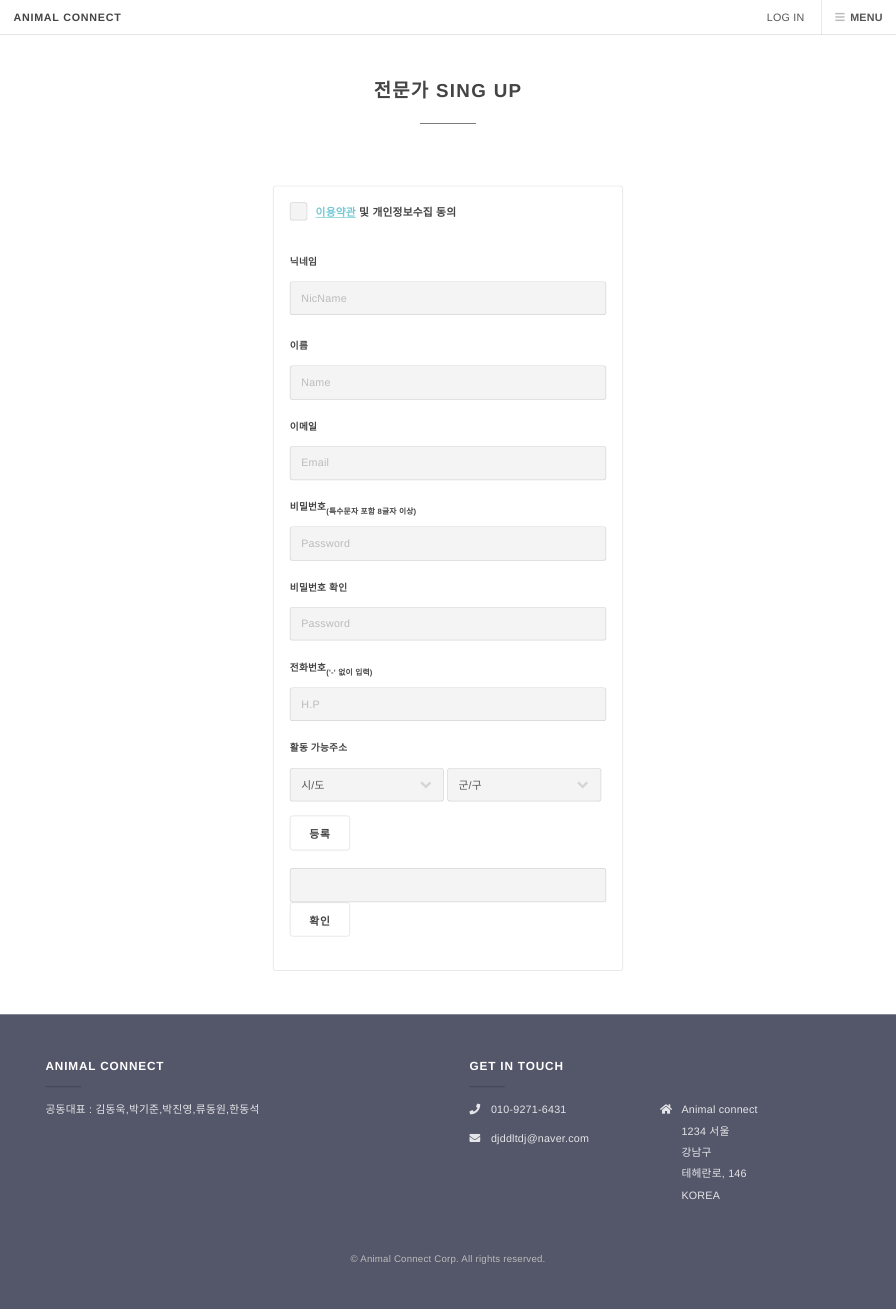
Repository: wnsdldla/git_local
Page: http://localhost/animalConnect/WEB-INF/views/animalConnect/member/proJoin.jsp
The author's editor kept a copy of each file at every save. The page is drawn from the files as they stood at one save, then again after the next save.
The browser window is 1280 px wide. The pictures show the whole page, at 70% of full size.
Some web fonts or font styles are not loaded; a fallback is used. The page is served by Tomcat 9. Nobody is signed in. The template is opened directly, without the code that normally fills it, so the values that code supplies are empty.

Above is the page before, as saved 2020-12-16 02:03:43.

After the next save:
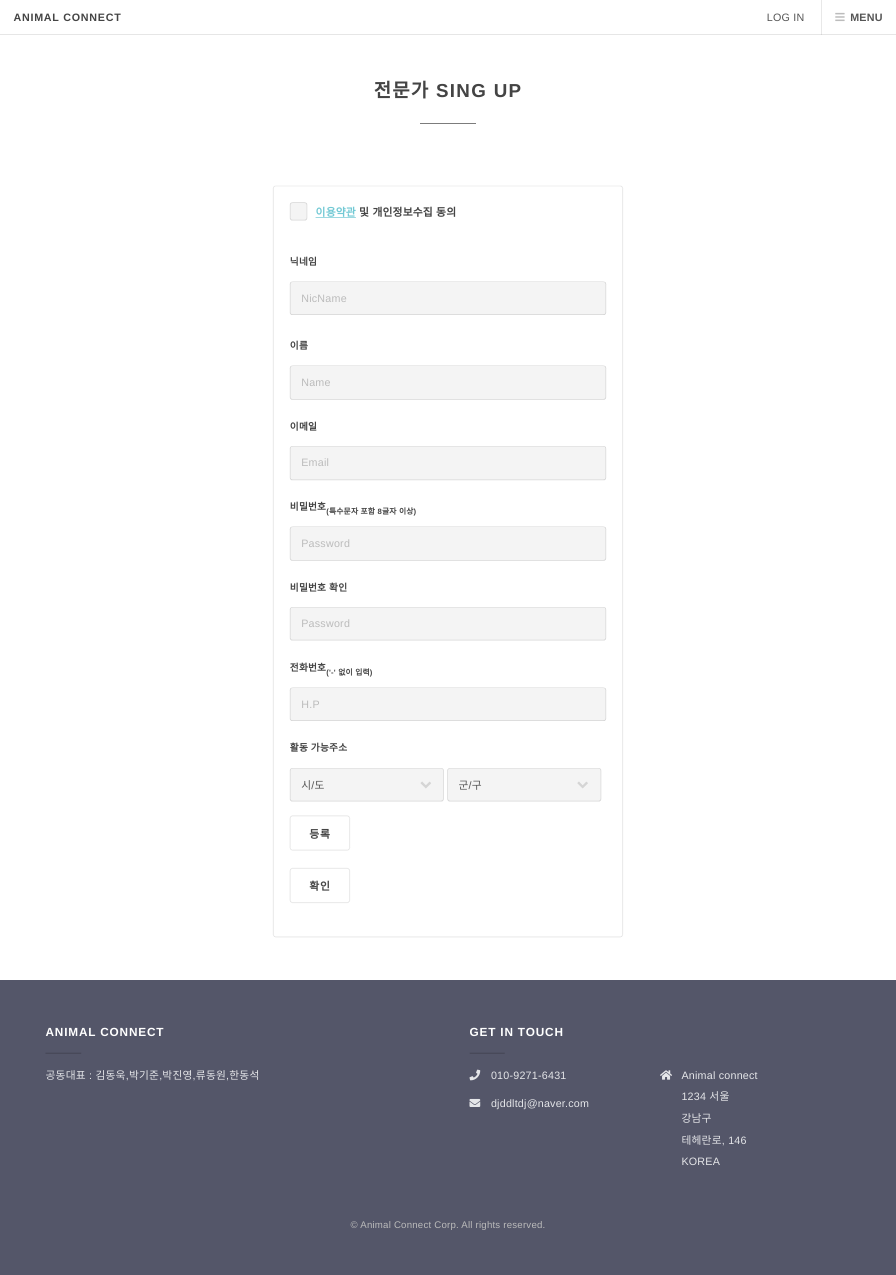
Saved 80 s later.
--- a/animalConnect/src/main/webapp/WEB-INF/views/animalConnect/member/proJoin.jsp
+++ b/animalConnect/src/main/webapp/WEB-INF/views/animalConnect/member/proJoin.jsp
@@ -75,7 +75,7 @@
     								</select>
     								<input id="map" type="button" value="등록" onclick="checkMap(sido1.value, gugun1.value)" style="margin-top: 20px;" >
 								</div>
-								<input type="text" name="maps">
+								<input type="text" name="maps" style="display: none;">
 								<!--
 					<label style="text-align:left;">자격증 및 경력 증명서<sub>(필수)</sub></label>
 
